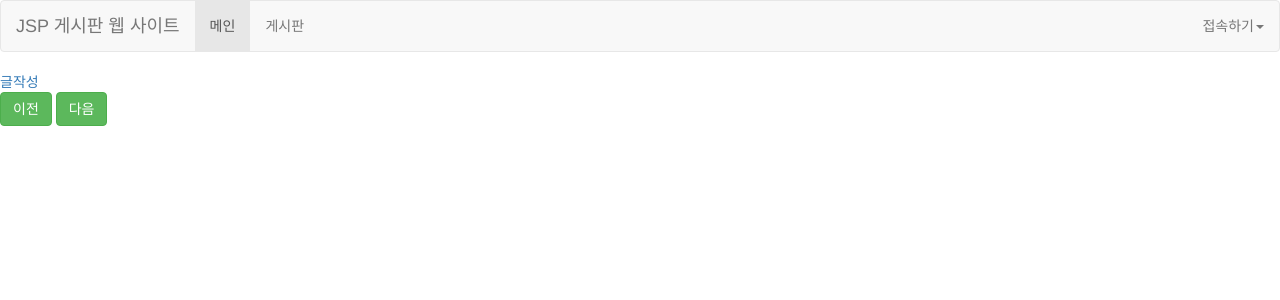
Repository: dirn0568/project
Page: http://localhost/myWeb/board.jsp
The author's editor kept a copy of each file at every save. The page is drawn from the files as they stood at one save, then again after the next save.
The browser window is 1280 px wide. The pictures show the whole page.
Some web libraries are served in a nearby version. The page is served by Tomcat 9. Queries for data that is not in the repository find no rows.

Above is the page before, as saved 2022-10-08 10:32:17.

After the next save:
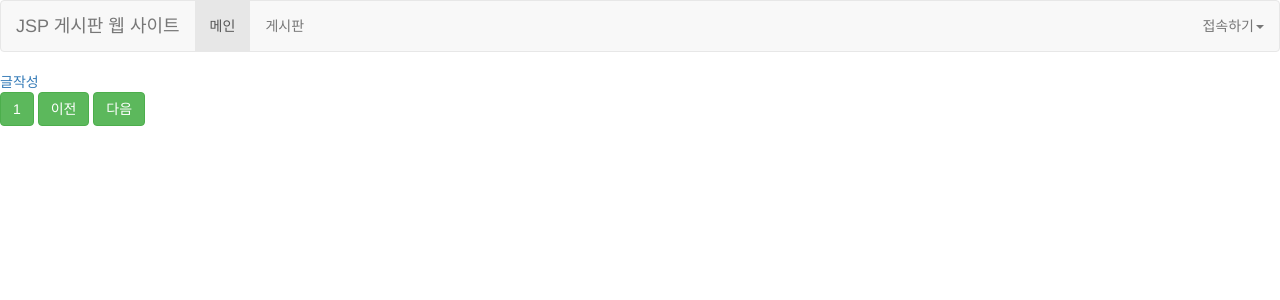
Saved 105 s later.
--- a/myWeb/src/main/webapp/board.jsp
+++ b/myWeb/src/main/webapp/board.jsp
@@ -98,7 +98,7 @@
 
 			page_cnt = cnt/10;
 
-			for(int i = 0; i < page_cnt; i++) {
+			for(int i = 1; i <= page_cnt + 1; i++) {
 	%>
 			<a href="board.jsp?pageNumber=<%=i%>" class="btn btn-success btn-arraw-left"><%=i%></a>
 	<%

After the save that followed:
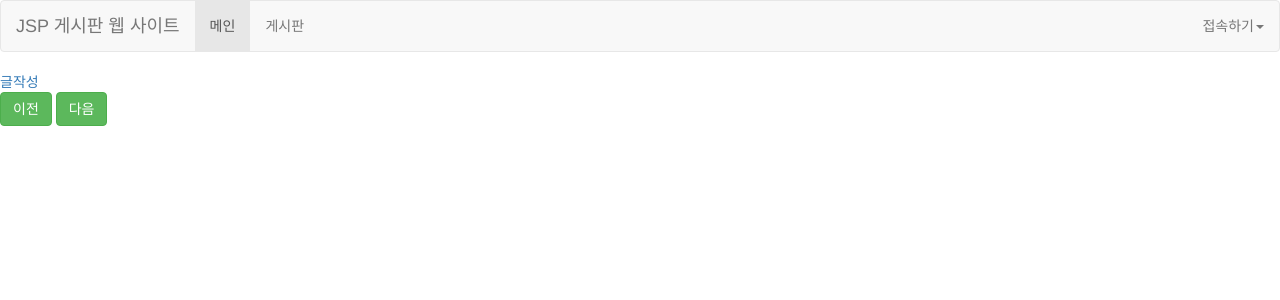
Saved 11 min 14 s later.
--- a/myWeb/src/main/webapp/board.jsp
+++ b/myWeb/src/main/webapp/board.jsp
@@ -78,8 +78,8 @@
 		PreparedStatement pstmt;
 		ResultSet rs;
 
-		int cnt = 0;
-		int page_cnt = 0;
+		int cnt;
+		int page_cnt;
 
 		try{
 			String dbURL = "jdbc:mysql://localhost:3306/myweb";
@@ -93,25 +93,38 @@
 			rs = pstmt.executeQuery();
 
 			if (rs.next()) {
-				cnt = rs.getInt(1);
+				page_cnt = rs.getInt(1)/10;
+				System.out.println(page_cnt);
+				System.out.println("이것이 페이지 cnt이다");
 			}
 
-			page_cnt = cnt/10;
 
-			for(int i = 1; i <= page_cnt + 1; i++) {
+			String SQL2 = "select * from board order by boarddate desc, boarddate limit ?,?";
+			pstmt = conn.prepareStatement(SQL2);
+
+			pstmt.setInt(1, (pageNumber-1)*10);
+			pstmt.setInt(2, 10);
+
+			rs = pstmt.executeQuery();
+
+			while(rs.next()){
 	%>
-			<a href="board.jsp?pageNumber=<%=i%>" class="btn btn-success btn-arraw-left"><%=i%></a>
+		<tr>
+			<td><%= rs.getString("boardid") %></td>
+			<td><%= rs.getString("boardtitle") %></td>
+			<td><%= rs.getString("userid") %></td>
+			<td><%= rs.getString("boardcontent") %></td>
+			<td><%= rs.getString("boarddate") %></td>
+		</tr>
+		<p></p>
 	<%
 			}
-	%>
-
-	<a href="board.jsp?pageNumber=<%=pageNumber - 1%>" class="btn btn-success btn-arraw-left">이전</a>
-	<a href="board.jsp?pageNumber=<%=pageNumber + 1%>" class="btn btn-success btn-arraw-left">다음</a>
-	<%
 		}catch(Exception e){
 			e.printStackTrace();
 		}
 	%>
+	<a href="board.jsp?pageNumber=<%=pageNumber - 1%>" class="btn btn-success btn-arraw-left">이전</a>
+	<a href="board.jsp?pageNumber=<%=pageNumber + 1%>" class="btn btn-success btn-arraw-left">다음</a>
 	<script src="https://code.jquery.com/jquery-3.1.1.min.js"></script>
 	<script src="js/bootstrap.js"></script>
 </body>
